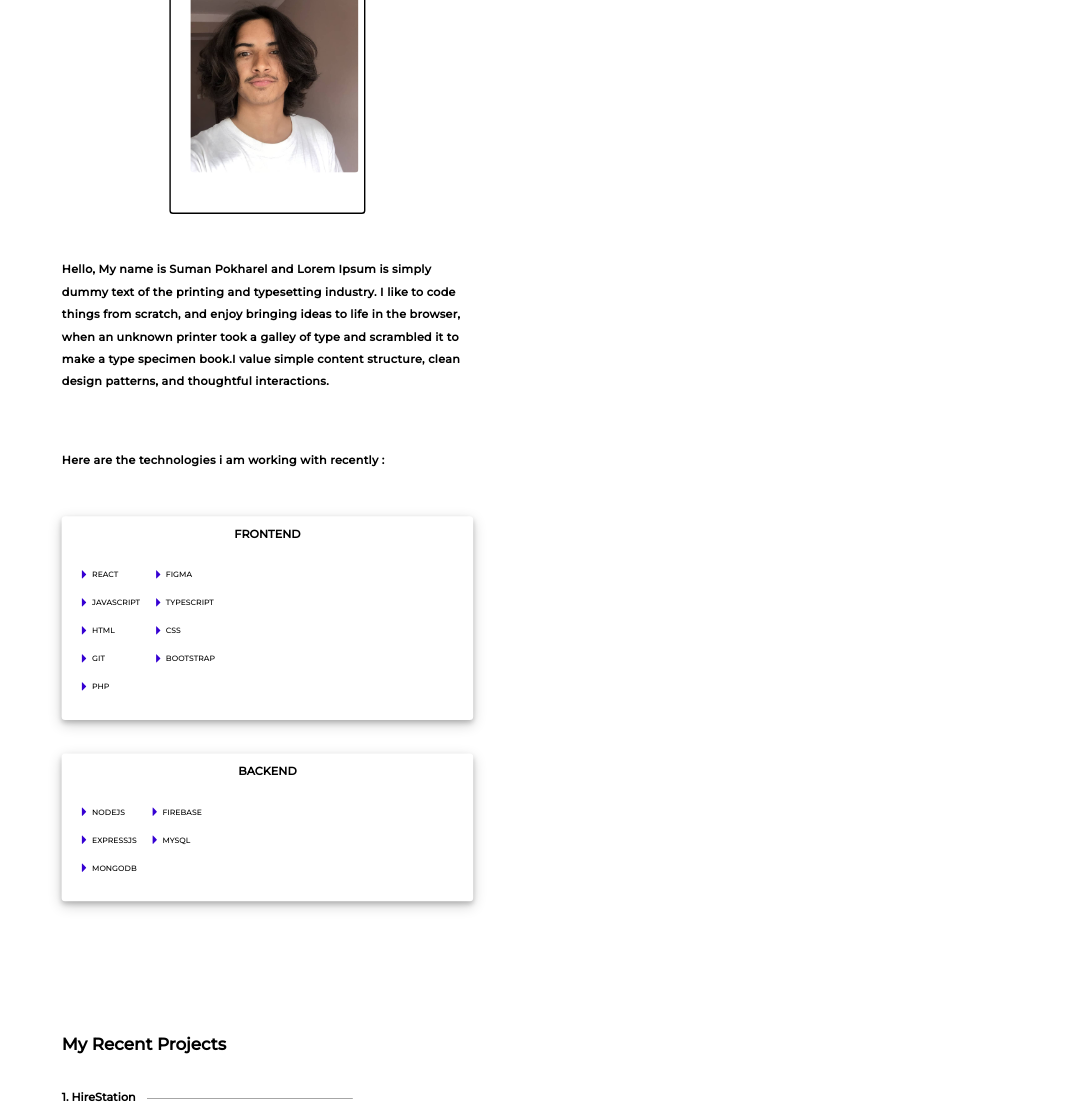
Repository: iamsumanp/portfolio
Page: /
An editor plug-in stored every save of this project. The page is shown before and after the next save, followed by the edit.
The browser window is 768 px wide. The page is 1536 px wide, so the pictures cover 1536 px, including what lies to the right of the window. The pictures show the part of the page from y = 1102 to 2702 px (the page is 5979 px tall before and 5929 px after), at 70% of full size.
The project was rebuilt for these pictures with package versions that can differ from the ones it lists, and the page was loaded fresh each time.

Above is the page before, as saved 2022-07-06 17:09:34.

After the next save:
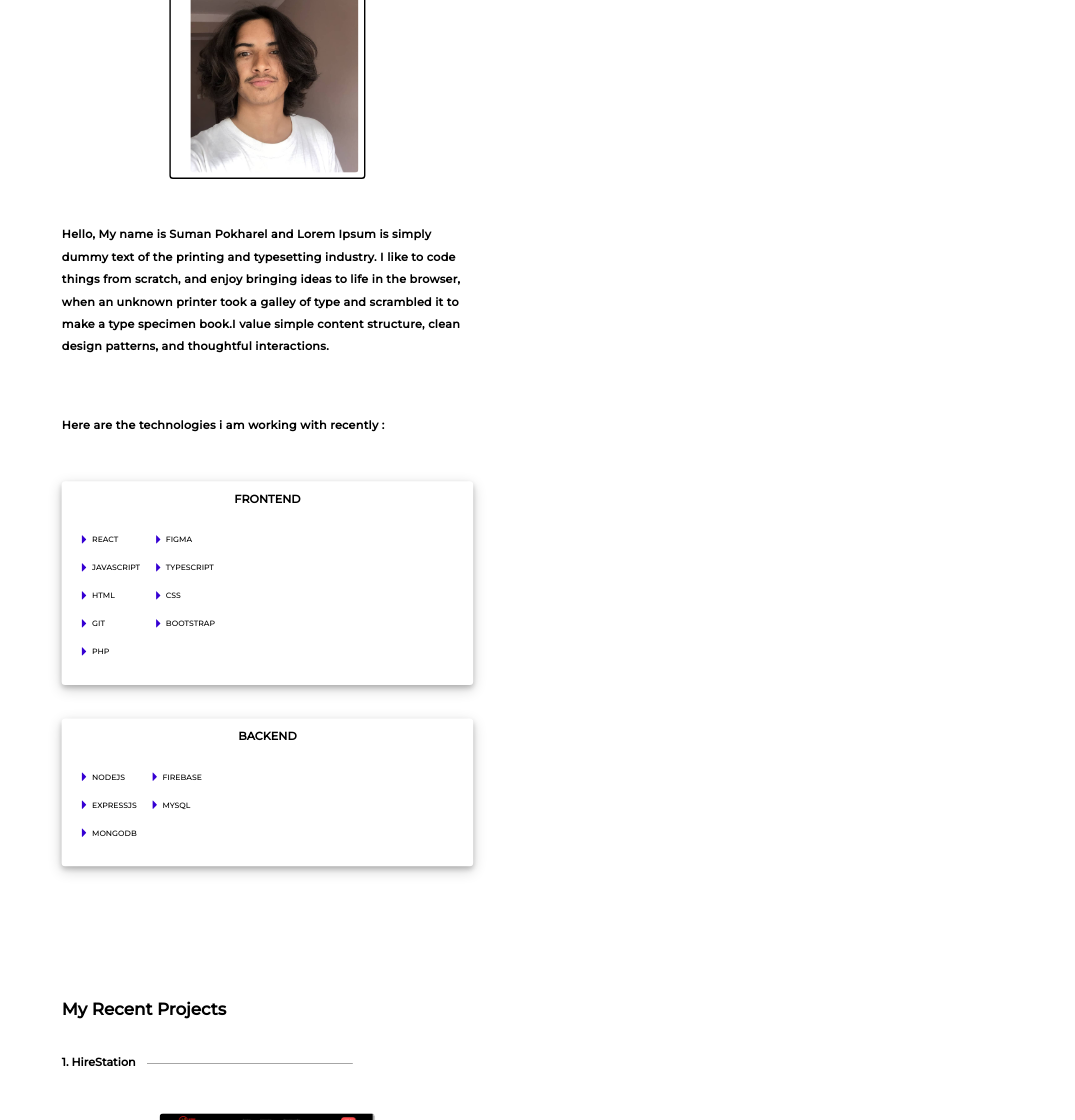
Saved 26 s later.
--- a/src/styles/styles.css
+++ b/src/styles/styles.css
@@ -227,6 +227,11 @@ body {
     margin-left: 0;
     align-self: center;
     margin-bottom: 2rem;
+  }
+}
+@media (max-width: 800px) {
+  .aboutMeSection .imgContainer {
+    height: 300px;
   }
 }
 .aboutMeSection .imgContainer .imgProfile {
@@ -593,4 +598,4 @@ body {
   .spSpan {
     text-align: center;
   }
-}/*# sourceMappingURL=styles_20220706170934.css.map */
+}/*# sourceMappingURL=styles_20220706171000.css.map */
